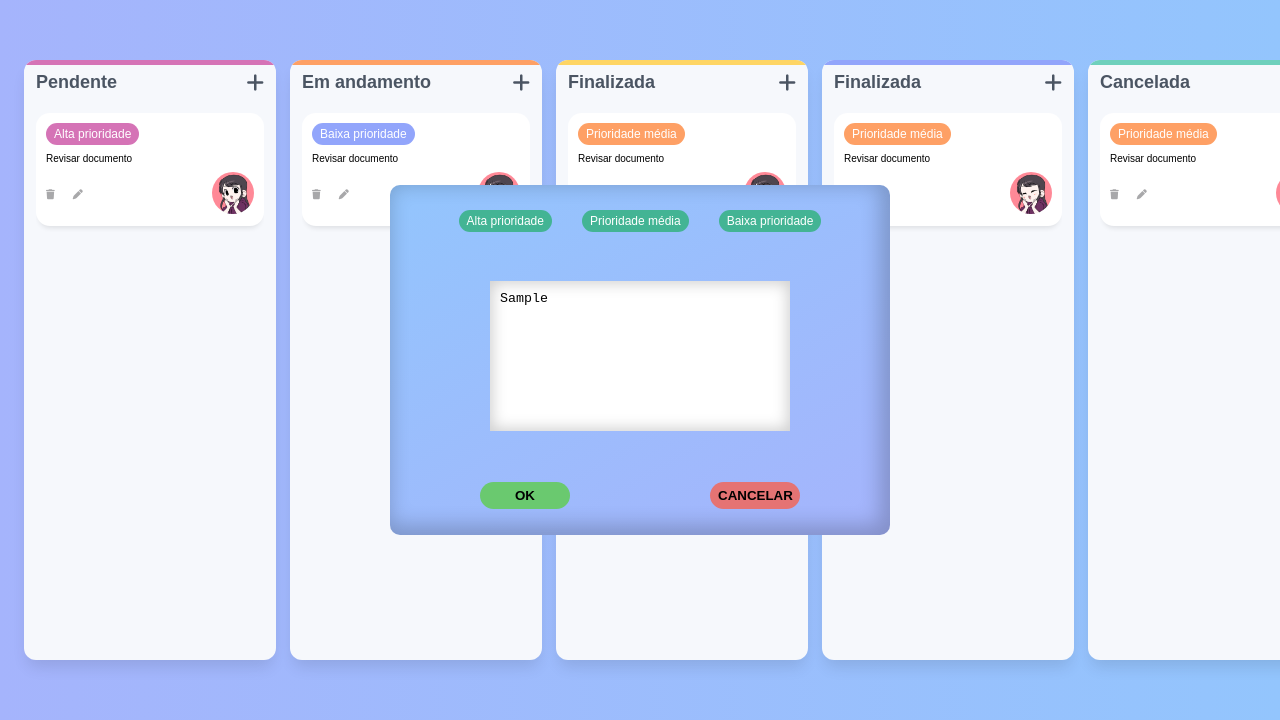
Repository: Marinalr-25/ProjetoToDoList
Page: index.html
The author's editor kept a copy of each file at every save. The page is drawn from the files as they stood at one save, then again after the next save.
The browser window is 1280 px wide. The pictures show the whole page.
Empty fields were first filled with sample values (such as "Sample", 5 or name@example.com).
After loading, the first visible `button.botao` was clicked once.
Some web fonts or font styles are not loaded; a fallback is used. Some web libraries are served in a nearby version.

Above is the page before, as saved 2024-10-31 19:37:26.

### index.html
<!DOCTYPE html>
<html lang="pt-BR">
  <head>
    <meta charset="UTF-8" />
    <meta name="viewport" content="width=device-width, initial-scale=1.0" />
    <link rel="preconnect" href="https://fonts.googleapis.com" />
    <link rel="preconnect" href="https://fonts.gstatic.com" crossorigin />
    <link
      href="https://fonts.googleapis.com/css2?family=Playpen+Sans:wght@100..800&family=Roboto:ital,wght@0,100;0,300;0,400;0,500;0,700;0,900;1,100;1,300;1,400;1,500;1,700;1,900&display=swap"
      rel="stylesheet"
    />
    <link
      rel="stylesheet"
      href="https://cdnjs.cloudflare.com/ajax/libs/font-awesome/6.6.0/css/all.min.css"
      integrity="sha512-Kc323vGBEqzTmouAECnVceyQqyqdsSiqLQISBL29aUW4U/M7pSPA/gEUZQqv1cwx4OnYxTxve5UMg5GT6L4JJg=="
      crossorigin="anonymous"
      referrerpolicy="no-referrer"
    />
    <link rel="stylesheet" href="css/style.css" />
    <title>Suas tarefas</title>
  </head>
  <body>
    <main class="kanban">
      <!-- coluna 1 -->
      <div class="kanban-column" data-id="1">
        <div class="kanban-title">
          <h2>Pendente</h2>
          <button class="add-card"><i class="fa-solid fa-plus"></i></button>
        </div>
        <div class="kanban-cards">
          <div class="kanban-card" draggable="true">
            <div class="badge high">
              <span>Alta prioridade</span>
            </div>
            <p class="card-title">Revisar documento</p>
            <div class="card-infos">
              <div class="card-icons">
                <p>
                  <i class="fa-solid fa-trash"></i>
                </p>
                <p>
                  <i class="fa-solid fa-pen"></i>
                </p>
              </div>
              <div class="user">
                <img src="images/iconePerfil1.png" alt="avatar1" />
              </div>
            </div>
          </div>
        </div>
      </div>
      <!-- coluna 2 -->
      <div class="kanban-column" data-id="2">
        <div class="kanban-title">
          <h2>Em andamento</h2>
          <button class="add-card"><i class="fa-solid fa-plus"></i></button>
        </div>
        <div class="kanban-cards">
          <div class="kanban-card" draggable="true">
            <div class="badge low">
              <span>Baixa prioridade</span>
            </div>
            <p class="card-title">Revisar documento</p>
            <div class="card-infos">
              <div class="card-icons">
                <p>
                  <i class="fa-solid fa-trash"></i>
                </p>
                <p>
                  <i class="fa-solid fa-pen"></i>
                </p>
              </div>
              <div class="user">
                <img src="images/iconePerfil2.png" alt="avatar2" />
              </div>
            </div>
          </div>
        </div>
      </div>
      <!-- coluna 3 -->
      <div class="kanban-column" data-id="3">
        <div class="kanban-title">
          <h2>Finalizada</h2>
          <button class="add-card"><i class="fa-solid fa-plus"></i></button>
        </div>
        <div class="kanban-cards">
          <div class="kanban-card" draggable="true">
            <div class="badge medium">
              <span>Prioridade média</span>
            </div>
            <p class="card-title">Revisar documento</p>
            <div class="card-infos">
              <div class="card-icons">
                <p>
                  <i class="fa-solid fa-trash"></i>
                </p>
                <p>
                  <i class="fa-solid fa-pen"></i>
                </p>
              </div>
              <div class="user">
                <img src="images/iconePerfil2.png" alt="avatar2" />
              </div>
            </div>
          </div>
        </div>
      </div>
      <!-- coluna 4 -->
      <div class="kanban-column" data-id="4">
        <div class="kanban-title">
          <h2>Finalizada</h2>
          <button class="add-card"><i class="fa-solid fa-plus"></i></button>
        </div>
        <div class="kanban-cards">
          <div class="kanban-card" draggable="true">
            <div class="badge medium">
              <span>Prioridade média</span>
            </div>
            <p class="card-title">Revisar documento</p>
            <div class="card-infos">
              <div class="card-icons">
                <p>
                  <i class="fa-solid fa-trash"></i>
                </p>
                <p>
                  <i class="fa-solid fa-pen"></i>
                </p>
              </div>
              <div class="user">
                <img src="images/iconePerfil2.png" alt="avatar2" />
              </div>
            </div>
          </div>
        </div>
      </div>
      <!-- coluna 5 -->
      <div class="kanban-column" data-id="5">
        <div class="kanban-title">
          <h2>Cancelada</h2>
          <button class="add-card"><i class="fa-solid fa-plus"></i></button>
        </div>
        <div class="kanban-cards">
          <div class="kanban-card" draggable="true">
            <div class="badge medium">
              <span>Prioridade média</span>
            </div>
            <p class="card-title">Revisar documento</p>
            <div class="card-infos">
              <div class="card-icons">
                <p>
                  <i class="fa-solid fa-trash"></i>
                </p>
                <p>
                  <i class="fa-solid fa-pen"></i>
                </p>
              </div>
              <div class="user">
                <img src="images/iconePerfil2.png" alt="avatar2" />
              </div>
            </div>
          </div>
        </div>
      </div>

      <div class="adicionando">
        <div class="opcoes">
          <div class="custom_radio">
            <input
              type="radio"
              name="prioridade"
              id="alta_prioridade"
              placeholder="Alta prioridade"
            />
            <label for="alta_prioridade">Alta prioridade</label>
          </div>
          <div class="custom_radio">
            <input
              type="radio"
              name="prioridade"
              id="media_prioridade"
              placeholder="Alta prioridade"
            />
            <label for="media_prioridade">Prioridade média </label>
          </div>
          <div class="custom_radio">
            <input
              type="radio"
              name="prioridade"
              id="baixa_prioridade"
              placeholder="Alta prioridade"
            />
            <label for="baixa_prioridade">Baixa prioridade</label>
          </div>
      </div>
      <div class="descricao">
        <textarea placeholder="Descrição da tarefa" name="caixa_texto" id="caixa_texto" class="caixa_texto"></textarea>
      </div>
      <div class="buttons">
        <button class=" botao okButton">Ok</button>
        <button class=" botao cancelarButton">Cancelar</button>
      </div>
    </main>
    <script src="javascript/script.js"></script>
  </body>
</html>

### css/style.css
* {
  padding: 0;
  margin: 0;
  box-sizing: border-box;
}

*::-webkit-scrollbar {
  width: 0.8rem;
}

*::-webkit-scrollbar-track {
  background-color: #eaeffa;
  border-radius: 0.8rem;
}
*::-webkit-scrollbar-thumb {
  background-color: #b7d3fb;
  border-radius: 2rem;
}

html {
  font-size: 62.5%;
}

body {
  font-family: 'Playpen Sans', sans-serif;
  min-height: 100vh;
  display: flex;
  justify-content: center;
  align-items: center;
  background: linear-gradient(90deg, #a5b4fc, #93c5fd);
}

.kanban {
  display: flex;
  gap: 1.4rem;
  padding: 2.4rem;
  width: 100%;
  height: 90vh;
  overflow-x: auto;
}

.kanban-column {
  display: flex;
  flex-direction: column;
  gap: 1.8rem;
  height: 100%;
  overflow-y: auto;
  background-color: #f6f8fc;
  border-radius: 1.2rem;
  box-shadow: 0 1rem 1.5rem -0.3rem rgba(0, 0, 0, 0.1);
  padding: 1.2rem;
  overflow: hidden;
  min-width: 25.2rem;
  position: relative;

  &::after {
    position: absolute;
    content: '';
    top: 0;
    left: 0;
    height: 0.5rem;
    width: 100%;
  }
  &[data-id='1']::after {
    background-color: #d573b6;
  }
  &[data-id='2']::after {
    background-color: #fea065;
  }
  &[data-id='3']::after {
    background-color: #fed565;
  }
  &[data-id='4']::after {
    background-color: #92a5fb;
  }
  &[data-id='5']::after {
    background-color: #6ed0bc;
  }
}

.kanban-title {
  display: flex;
  justify-content: space-between;

  & h2 {
    font-size: 1.8rem;
    color: #4b5563;
    font-weight: 600;
  }
}

.add-card {
  color: #4b5563;
  font-size: 2rem;
  background-color: transparent;
  cursor: pointer;
  border: none;
}

.kanban-cards {
  display: flex;
  flex-direction: column;
  gap: 0.8rem;
  height: 100%;
  overflow-x: hidden;
  overflow-y: auto;
}

.kanban-card {
  display: flex;
  flex-direction: column;
  gap: 0.8rem;
  background-color: #ffffff;
  padding: 1rem;
  border-radius: 1.4rem;
  box-shadow: 0 0.5rem 0.5rem -0.3rem rgba(0, 0, 0, 0.1);
  cursor: pointer;
}

.badge {
  color: #ffffff;
  width: fit-content;
  font-size: 1.2rem;
  padding: 0.4rem 0.8rem;
  border-radius: 1.2rem;

  &.high {
    background-color: #d573b6;
  }
  &.medium {
    background-color: #fea065;
  }
  &.low {
    background-color: #92a5fb;
  }
}

.dragging {
  opacity: 0.5;
}

.card-infos {
  display: flex;
  justify-content: space-between;
  align-items: center;
}
.card-icons {
  display: flex;
  gap: 1.8rem;
  & i {
    color: #a8a8aa;
  }
}

.cards-hover {
  background-color: #eaeffa;
  border-radius: 0.8rem;
}

.user img {
  width: 4.2rem;
  height: 4.2rem;
  border-radius: 100%;
  object-fit: cover;
}

.adicionando {
  padding: 2rem;
  display: flex;
  flex-direction: column;
  justify-content: space-between;
  gap: 3.5rem;
  position: fixed;
  top: 50%;
  left: 50%;
  transform: translate(-50%, -50%);
  width: 50rem;
  height: 35rem;
  border-radius: 1rem;
  box-shadow: inset -0.5rem -0.5rem 2rem 0.5rem rgba(0, 0, 0, 0.2);
  background: linear-gradient(150deg, #93c5fd, #a5b4fc);
}

.opcoes {
  display: flex;
  justify-content: center;
  gap: 2rem;
}

.custom_radio input[type='radio'] {
  display: none;
}

.custom_radio label {
  display: inline-block;
  margin: 0.5rem;
  cursor: pointer;
  transition: all 0.2s ease;
  background-color: #43b494;
  color: #ffffff;
  width: fit-content;
  font-size: 1.2rem;
  padding: 0.4rem 0.8rem;
  border-radius: 1.2rem;
}

.custom_radio input[type='radio']:checked + label {
  box-shadow: 0 0.5rem 0.5rem 0.2rem rgba(0, 0, 0, 0.2);
}

label:hover {
  transform: scale(1.1);
}

#alta_prioridade:checked + label {
  background-color: #d573b6; /* Vermelho para alta prioridade */
}

#media_prioridade:checked + label {
  background-color: #fea065; /* Amarelo para média prioridade */
}

#baixa_prioridade:checked + label {
  background-color: #92a5fb; /* Verde para baixa prioridade */
}

.custom-radio input[type='radio']:checked {
  transform: scale(1.1);
}

.descricao {
  display: flex;
  justify-content: center;
}
.caixa_texto {
  width: 30rem;
  height: 15rem;
  padding: 1rem;
  border: 0;
  resize: none;
  box-shadow: inset 0 0 1.5rem 0.2rem #00000033;
}

.caixa_texto::placeholder {
  text-align: start;
}

.caixa_texto:focus {
  outline: none;
  box-shadow: inset 0 0 1.5rem 0.2rem transparent;
  border: 2px solid #998fe8;
}

.buttons {
  display: flex;
  justify-content: space-around;
  height: 4rem;
  align-items: center;
}

.botao {
  text-transform: uppercase;
  font-weight: 600;
  border: 0;
  border-radius: 5rem;
  padding: 0.6rem 0.8rem;
  width: 9rem;
  box-shadow: 0 0.5rem 0.5rem 0.2rem rgba(0, 0, 0, 0.2);
}

.okButton {
  background-color: #6ac96f;
  box-shadow: inset 0 0.5rem 0.5rem 0.2rem transparent;
  transition: all 0.3s ease;
  &:hover {
    box-shadow: inset 0.2rem -0.5rem 1rem 0.1rem #52b957;
    transform: scale(1.1);
  }
}
.cancelarButton {
  background-color: #e57373;
  box-shadow: inset 0 0.5rem 0.5rem 0.2rem transparent;
  transition: all 0.3s ease;
  &:hover {
    box-shadow: inset 0.2rem -0.5rem 1rem 0.1rem #d63d3d;
    transform: scale(1.1);
  }
}

### javascript/script.js
document.addEventListener('DOMContentLoaded', function () {
  const cards = document.querySelectorAll('.kanban-card');
  const colunas = document.querySelectorAll('.kanban-cards');
  const mais = document.querySelectorAll('.fa-solid.fa-plus');
  const cancelar = document.querySelector('.cancelarButton');
  const ok = document.querySelector('.okButton');
  const adicionando = document.querySelector('.adicionando');
  const textarea = document.querySelector('.caixa_texto');

  let dragCard = null;

  cards.forEach((card) => {
    card.addEventListener('dragstart', (e) => {
      dragCard = card;
      e.currentTarget.classList.add('dragging');
    });
    card.addEventListener('dragend', (e) => {
      e.currentTarget.classList.remove('dragging');
      dragCard = null;
    });
  });

  colunas.forEach((coluna) => {
    coluna.addEventListener('dragover', (e) => {
      e.preventDefault();
      e.currentTarget.classList.add('cards-hover');
    });
    coluna.addEventListener('dragleave', (e) => {
      e.currentTarget.classList.remove('cards-hover');
    });
    coluna.addEventListener('drop', (e) => {
      e.preventDefault();
      e.currentTarget.classList.remove('cards-hover');
      if (dragCard) {
        e.currentTarget.appendChild(dragCard);
      }
    });
  });

  const radios = document.querySelectorAll('input[name="prioridade"]');

  radios.forEach((radio) => {
    radio.addEventListener('change', () => {
      if (radio.checked) {
        const selecionadoPrioridade = radio.nextElementSibling.textContent;
        console.log(selecionadoPrioridade);
      }
    });
  });

  mais.forEach((adicionar) => {
    adicionar.addEventListener('click', function () {
      adicionando.style.display = 'flex';
    });
  });

  ok.addEventListener('click', function () {});

  cancelar.addEventListener('click', function () {
    adicionando.style.display = 'none';
  });

  textarea.addEventListener('blur', function () {
    const textareavalue = this.value;
    console.log(textareavalue);
  });
});

After the next save:
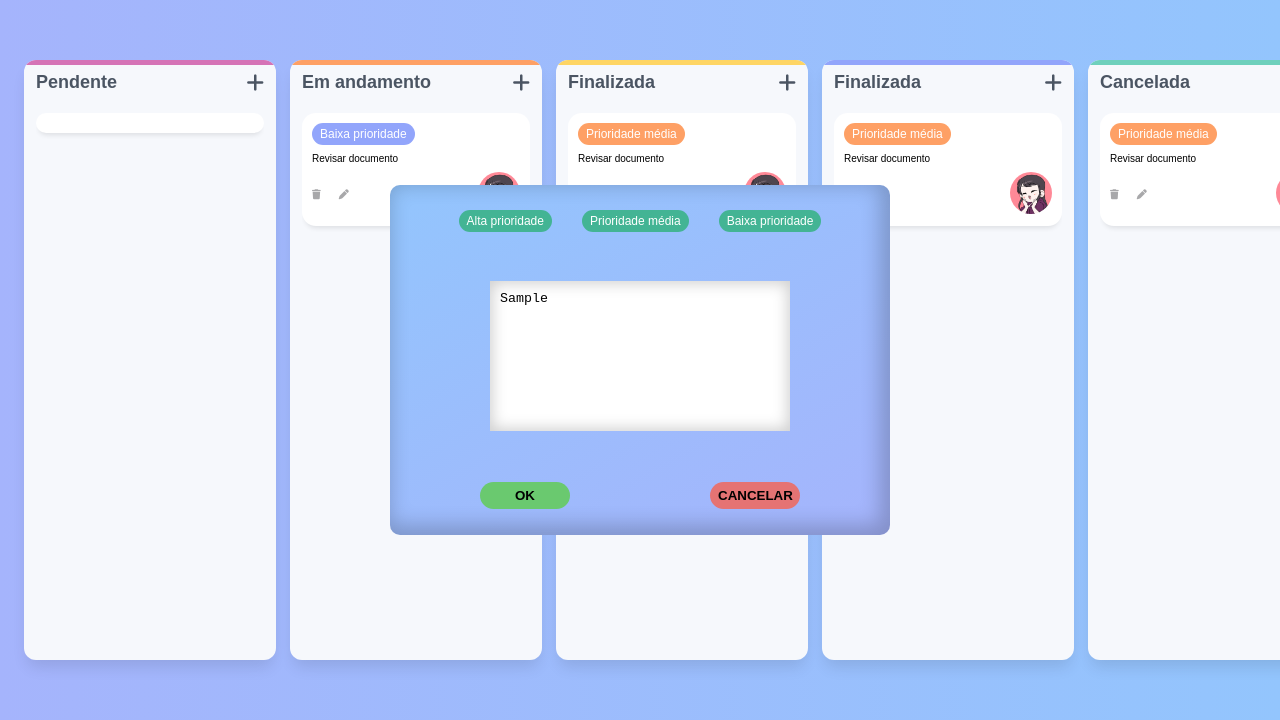
Saved 2 min 16 s later.
--- a/javascript/script.js
+++ b/javascript/script.js
@@ -6,6 +6,7 @@
   const ok = document.querySelector('.okButton');
   const adicionando = document.querySelector('.adicionando');
   const textarea = document.querySelector('.caixa_texto');
+  const kanbanCard = document.querySelector('.kanban-card');
 
   let dragCard = null;
 
@@ -54,7 +55,9 @@
     });
   });
 
-  ok.addEventListener('click', function () {});
+  ok.addEventListener('click', function () {
+    kanbanCard.innerHTML = ``;
+  });
 
   cancelar.addEventListener('click', function () {
     adicionando.style.display = 'none';

After the save that followed:
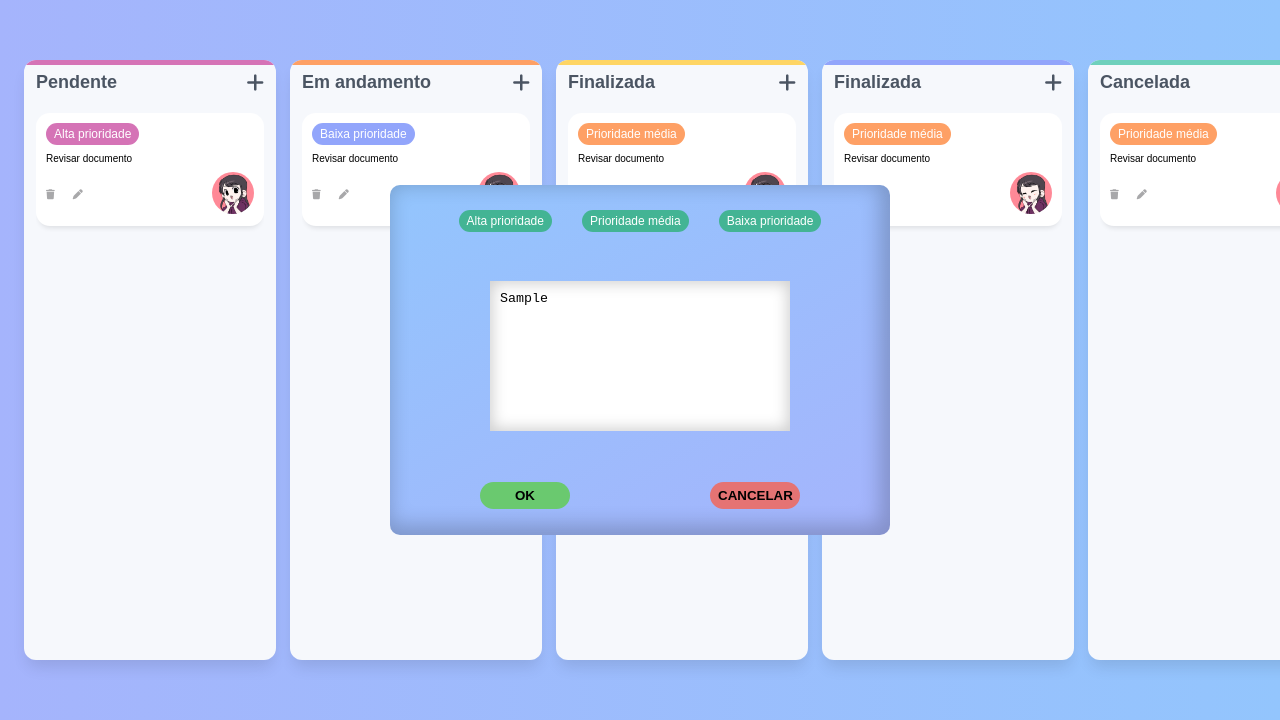
Console error: TypeError: textarea.addEventListener is not a function
Saved 2 min 19 s later.
--- a/javascript/script.js
+++ b/javascript/script.js
@@ -5,7 +5,7 @@
   const cancelar = document.querySelector('.cancelarButton');
   const ok = document.querySelector('.okButton');
   const adicionando = document.querySelector('.adicionando');
-  const textarea = document.querySelector('.caixa_texto');
+  const textarea = document.querySelector('.caixa_texto').value;
   const kanbanCard = document.querySelector('.kanban-card');
 
   let dragCard = null;
@@ -56,7 +56,23 @@
   });
 
   ok.addEventListener('click', function () {
-    kanbanCard.innerHTML = ``;
+    kanbanCard.innerHTML = `<div class="badge medium">
+              <span>${selecionadoPrioridade} </span>
+            </div>
+            <p class="card-title">${textarea} </p>
+            <div class="card-infos">
+              <div class="card-icons">
+                <p>
+                  <i class="fa-solid fa-trash"></i>
+                </p>
+                <p>
+                  <i class="fa-solid fa-pen"></i>
+                </p>
+              </div>
+              <div class="user">
+                <img src="images/iconePerfil2.png" alt="avatar2" />
+              </div>
+            </div>`;
   });
 
   cancelar.addEventListener('click', function () {
